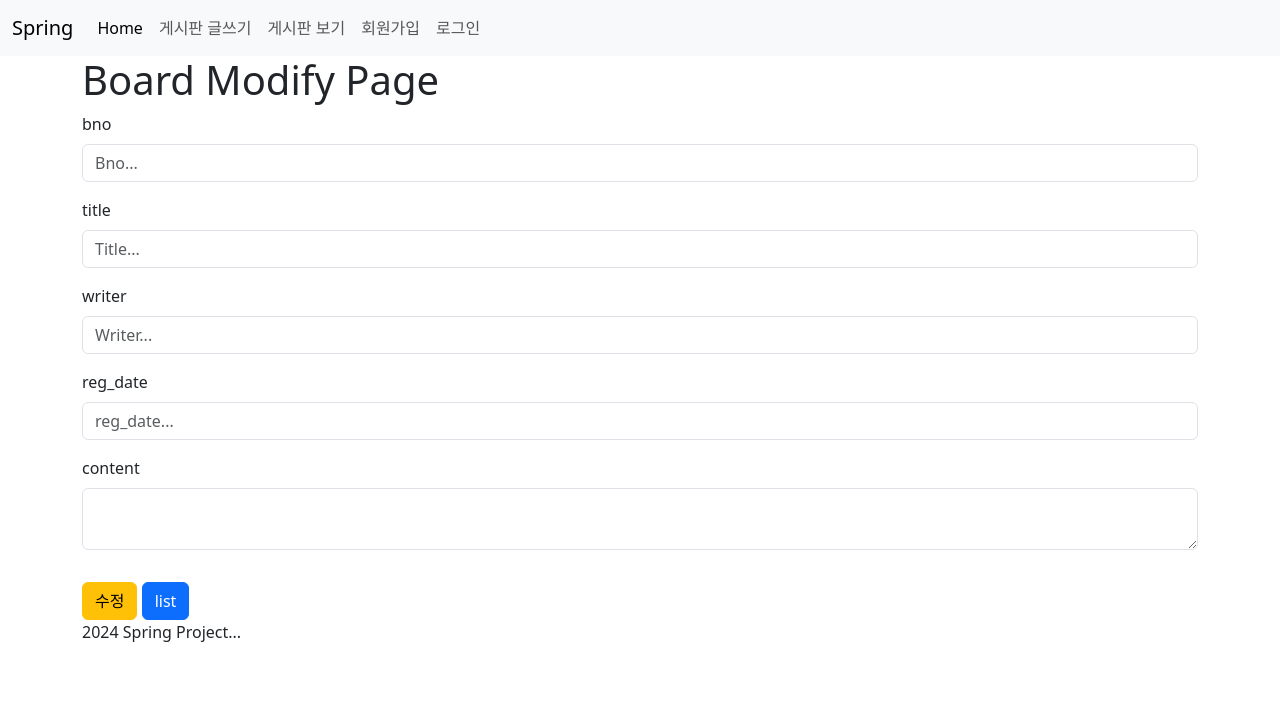
Repository: dhalfks/springTest240430
Page: http://localhost/spring_study/WEB-INF/views/board/modify.jsp
An editor plug-in stored every save of this project. The page is shown before and after the next save, followed by the edit.
The browser window is 1280 px wide. The pictures show the whole page.
The page is served by Tomcat 9. Nobody is signed in. The template is opened directly, without the code that normally fills it, so the values that code supplies are empty.

Above is the page before, as saved 2024-04-30 01:02:18.

### spring_study/src/main/webapp/WEB-INF/views/board/modify.jsp
<%@ page language="java" contentType="text/html; charset=UTF-8"
    pageEncoding="UTF-8"%>
    <%@ taglib uri="http://java.sun.com/jsp/jstl/core" prefix="c" %>
<jsp:include page="../layout/header.jsp" />
<div class="container-md">
<h1>Board Modify Page</h1>
<c:set value="${bdto.bvo }" var="bvo"></c:set>
<form action="/board/modify" method="post">
	<div class="mb-3">
	  <label for="n" class="form-label">bno</label>
	  <input type="text" class="form-control" name="bno" id="n" value="${bvo.bno }" readonly="readonly" placeholder="Bno...">
	</div>
	<div class="mb-3">
	  <label for="t" class="form-label">title</label>
	  <input type="text" class="form-control" name="title" id="t" value="${bvo.title }" placeholder="Title...">
	</div>
	<div class="mb-3">
	  <label for="w" class="form-label">writer</label>
	  <input type="text" class="form-control" name="writer" id="w" value="${bvo.writer }" readonly="readonly" placeholder="Writer...">
	</div>
	<div class="mb-3">
	  <label for="r" class="form-label">reg_date</label>
	  <input type="text" class="form-control" name="reg_date" id="r" value="${bvo.reg_date }" readonly="readonly" placeholder="reg_date...">
	</div>
	<div class="mb-3">
	  <label for="c" class="form-label">content</label>
	  <textarea class="form-control" id="c" name="content" aria-label="With textarea" >${bvo.content }</textarea>
	</div>

	<!-- 파일 표시 -->
	<c:set value="${bdto.flist }" var="flist"></c:set>

	<div class="mb-3">
		<ul class="list-group list-group-flush">
		<!-- 파일 개수만큼 li를 반복하여 파일 표시 타입이 1인경우만 표시 -->
		<!-- li => div => img -->
		<!--    => div => 파일이름, 작성일, span size -->
		<c:forEach items="${flist }" var="fvo">
  			<li class="list-group-item">
  				<c:choose>
  					<c:when test="${fvo.file_type > 0}">
  						<div>
  							<img alt="" src="/upload/${fvo.save_dir }/${fvo.uuid}_${fvo.file_name}">
  						</div>
  					</c:when>
  					<c:otherwise>
  						<div>
  							<!-- 파일 타입이 0인경우 아이콘 모양 하나 가져와서 넣기 -->
  						</div>
  					</c:otherwise>
  				</c:choose>
  				<div>
  					<!-- 파일이름 작성이 사이즈 -->
  					<div>${fvo.file_name }</div>
  					${fvo.reg_date }
  					<span class="badge rounded-pill text-bg-warning">${fvo.file_size }Byte</span>
  					<button type="button" data-uuid="${fvo.uuid }" class="btn btn-outline-danger btn-sm file-x">x</button>
  				</div>
  			</li>
		</c:forEach>
  		</ul>
	</div>

	<button type="submit" class="btn btn-warning">수정</button>
	<a href="/board/list"><button type="button" class="btn btn-primary">list</button></a>
</form>
</div>

<script type="text/javascript" src="/resources/js/boardModify.js"></script>

<jsp:include page="../layout/footer.jsp" />

### spring_study/src/main/webapp/WEB-INF/views/layout/header.jsp
<%@ page language="java" contentType="text/html; charset=UTF-8"
    pageEncoding="UTF-8"%>
    <%@ taglib uri="http://java.sun.com/jsp/jstl/core" prefix="c" %>

<!DOCTYPE html>
<html>
<head>
<meta charset="UTF-8">
<title>header.jsp</title>
<link href="https://cdn.jsdelivr.net/npm/bootstrap@5.3.3/dist/css/bootstrap.min.css" rel="stylesheet" integrity="sha384-QWTKZyjpPEjISv5WaRU9OFeRpok6YctnYmDr5pNlyT2bRjXh0JMhjY6hW+ALEwIH" crossorigin="anonymous">
<script src="https://cdn.jsdelivr.net/npm/bootstrap@5.3.3/dist/js/bootstrap.bundle.min.js" integrity="sha384-YvpcrYf0tY3lHB60NNkmXc5s9fDVZLESaAA55NDzOxhy9GkcIdslK1eN7N6jIeHz" crossorigin="anonymous"></script>
</head>
<body>
<nav class="navbar navbar-expand-lg bg-body-tertiary">
  <div class="container-fluid">
    <a class="navbar-brand" href="#">Spring</a>
    <button class="navbar-toggler" type="button" data-bs-toggle="collapse" data-bs-target="#navbarSupportedContent" aria-controls="navbarSupportedContent" aria-expanded="false" aria-label="Toggle navigation">
      <span class="navbar-toggler-icon"></span>
    </button>
    <div class="collapse navbar-collapse" id="navbarSupportedContent">
      <ul class="navbar-nav me-auto mb-2 mb-lg-0">
        <li class="nav-item">
          <a class="nav-link active" aria-current="page" href="/">Home</a>
        </li>
        <li class="nav-item">
          <a class="nav-link" href="/board/register">게시판 글쓰기</a>
        </li>
        <li class="nav-item">
          <a class="nav-link" href="/board/list">게시판 보기</a>
        </li>
        <li class="nav-item">
          <a class="nav-link" href="/member/register">회원가입</a>
        </li>
        <c:if test="${ses.id eq null }">
        <li class="nav-item">
          <a class="nav-link" href="/member/login">로그인</a>
        </li>
        </c:if>
        <c:if test="${ses.id ne null }">
        <li class="nav-item">
          <a class="nav-link" href="/member/logout">로그아웃</a>
        </li>
        <li class="nav-item">
          <a class="nav-link" href="/member/modify">${ses.id }( ${ses.email } ) welcome!!</a>
        </li>
        </c:if>
       </ul>
    </div>
  </div>
</nav>

### spring_study/src/main/webapp/WEB-INF/views/layout/footer.jsp
<%@ page language="java" contentType="text/html; charset=UTF-8"
    pageEncoding="UTF-8"%>

<div class="container-md">
 	2024 Spring Project...
</div>

</body>
</html>

### spring_study/src/main/webapp/resources/js/boardModify.js
console.log("boardModify.js in");

document.addEventListener('click',(e)=>{
    if(e.target.classList.contains('file-x')){
        let uuid=e.target.dataset.uuid;
        console.log(uuid);
        removeFileToServer(uuid).then(result =>{
            if(result == 1){
                alert('파일 삭제!!');
                e.target.closest('li').remove();
            }
        })
    }
});

//비동기 메서드 맵핑방법  : post, get, put, delete
async function removeFileToServer(uuid){
    try {
        const url = "/board/"+uuid;
        const config={
            method:'delete'
        }
        const resp = await fetch(url, config);
        const result = resp.text();
        return result;
    } catch (error) {
        console.log(error);
    }
}

After the next save:
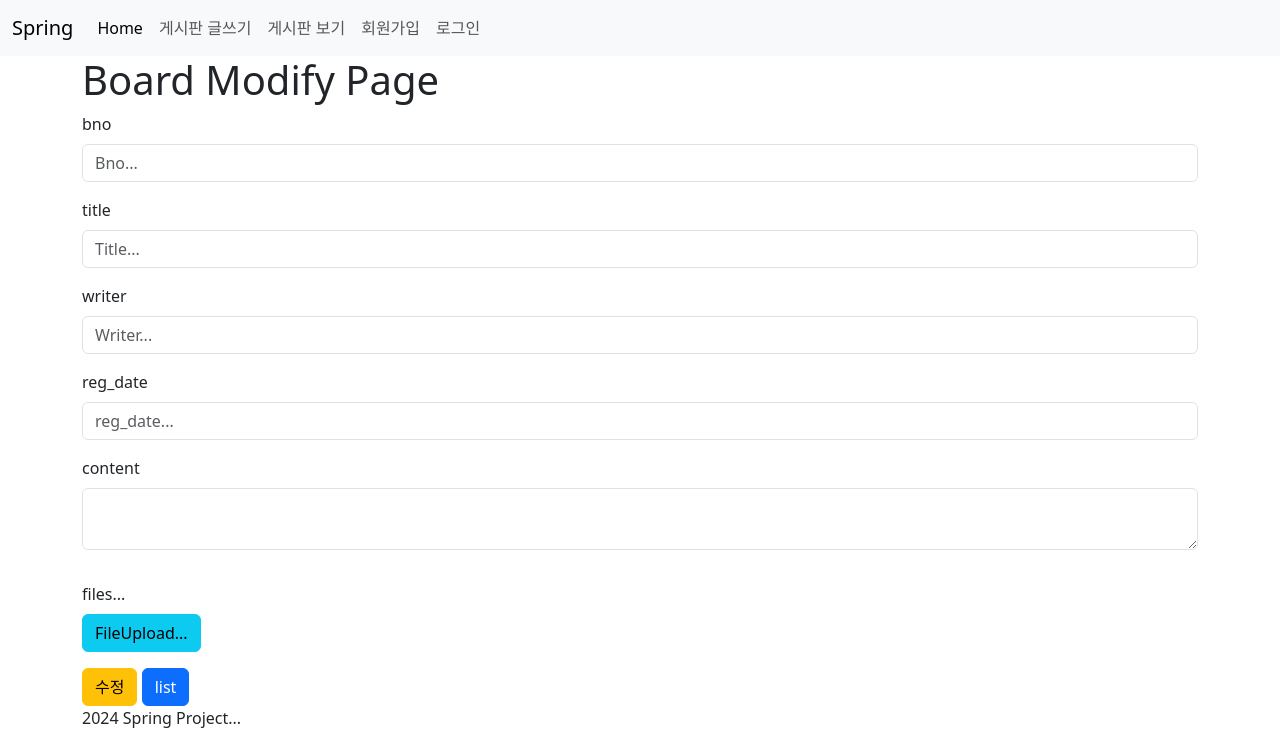
Saved 32 min 18 s later.
--- a/spring_study/src/main/webapp/WEB-INF/views/board/modify.jsp
+++ b/spring_study/src/main/webapp/WEB-INF/views/board/modify.jsp
@@ -61,7 +61,18 @@
   		</ul>
 	</div>
 
-	<button type="submit" class="btn btn-warning">수정</button>
+	<!-- 파일 입력 라인 추가 -->
+	<div class="mb-3">
+	  <label for="file" class="form-label">files...</label>
+	  <input type="file" class="form-control" name="files" id="file" multiple="multiple" style="display: none"><br>
+	  <button type="button" class="btn btn-info" id="trigger">FileUpload...</button>
+	</div>
+
+	<!-- 파일 목록 표시라인 -->
+	<div class="mb-3" id="fileZone">
+	</div>
+
+	<button type="submit" class="btn btn-warning" id="regBtn">수정</button>
 	<a href="/board/list"><button type="button" class="btn btn-primary">list</button></a>
 </form>
 </div>
